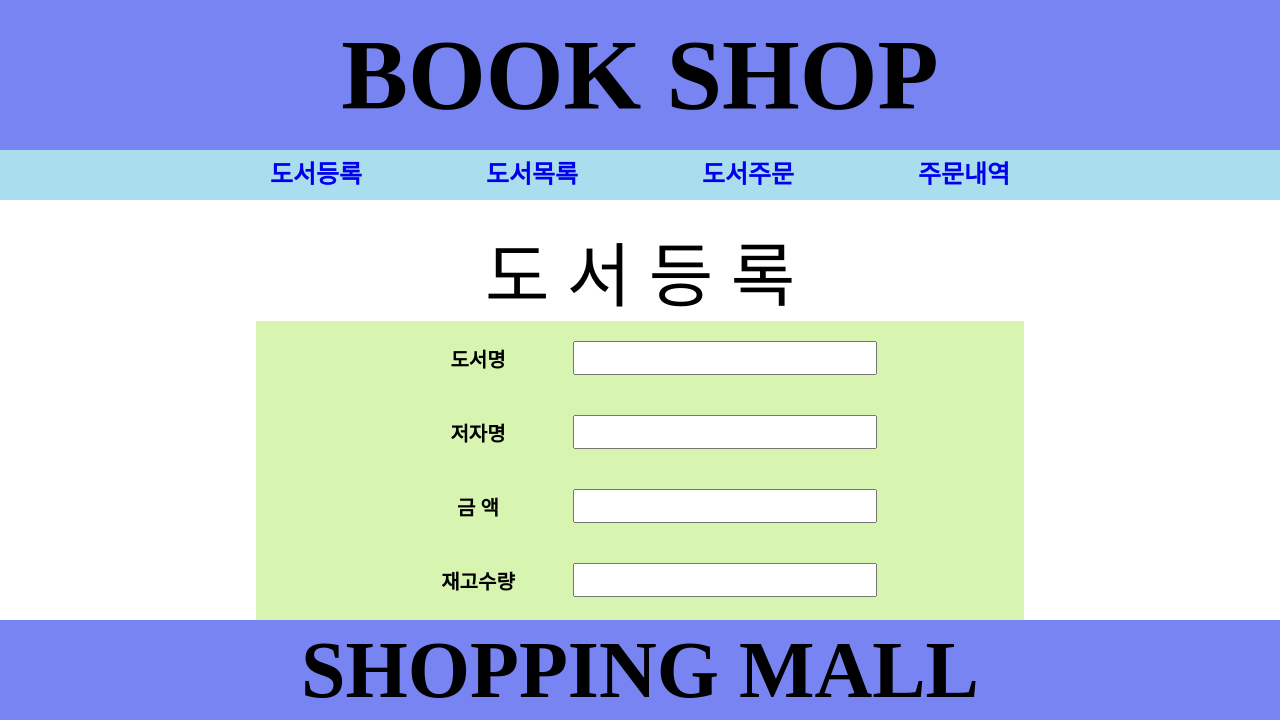
Repository: eunmiyo/BookShop
Page: http://localhost/Book/add
An editor plug-in stored every save of this project. The page is shown before and after the next save, followed by the edit.
The browser window is 1280 px wide. The pictures show the whole page.
The page is served by Tomcat 9. Other server files are loaded and not shown.

Above is the page before, as saved 2022-12-29 06:14:04.

### Book/src/main/webapp/add.jsp
<%@ page language="java" contentType="text/html; charset=UTF-8"
    pageEncoding="UTF-8"%>
<!DOCTYPE html>
<html>
<head>
<meta charset="UTF-8">
<title>Insert title here</title>
<link rel="stylesheet" href="style.css">
</head>
<body>
	<%@ include file="top.jsp"%>

		<form name = "frm" method="post" action="insert">
			<table>
				<caption>도 서 등 록</caption>
				<tr>
					<th>도서명</th>
					<td><input type="text" name="title"></td>
				</tr>
				<tr>
					<th>저자명</th>
					<td><input type="text" name="writer"></td>
				</tr>
				<tr>
					<th>금 액</th>
					<td><input type="text" name="price"></td>
				</tr>
				<tr>
					<th>재고수량</th>
					<td><input type="text" name="stock"></td>
				</tr>
				<tr>
					<td colspan="2">
						<button class="btn" type="submit"
							onclick="fn_submit(); return false;">도서등록</button>
						<button class="btn" type="reset">취소</button>
					</td>
				</tr>
			</table>
		</form>

	<%@ include file="footer.jsp"%>
<script type="text/javascript" src="./script.js"></script>
</body>
</html>

### Book/src/main/webapp/top.jsp
<%@ page language="java" contentType="text/html; charset=UTF-8"
    pageEncoding="UTF-8"%>
<!DOCTYPE html>
<html>
<head>
<meta charset="UTF-8">
<title>Insert title here</title>
<link rel="stylesheet" href="style.css">
</head>
<body>
	<header>BOOK SHOP</header>
	<nav>
		<ul>
			<li><a href="add">도서등록</a></li>
			<li><a href="list">도서목록</a></li>
			<li><a href="buy">도서주문</a></li>
			<li><a href="order">주문내역</a></li>
		</ul>
	</nav>
</body>
</html>

### Book/src/main/webapp/footer.jsp
<%@ page language="java" contentType="text/html; charset=UTF-8"
    pageEncoding="UTF-8"%>
<!DOCTYPE html>
<html>
<head>
<meta charset="UTF-8">
<title>Insert title here</title>
<link rel="stylesheet" href="style.css">
</head>
<body>
	<footer>SHOPPING MALL</footer>
</body>
</html>

### Book/src/main/java/Controller/BookController.java
package Controller;

import java.io.IOException;
import java.io.PrintWriter;

import javax.servlet.ServletException;
import javax.servlet.annotation.WebServlet;
import javax.servlet.http.HttpServlet;
import javax.servlet.http.HttpServletRequest;
import javax.servlet.http.HttpServletResponse;

import DAO.BookDAO;

@WebServlet("/")
public class BookController extends HttpServlet {
	private static final long serialVersionUID = 1L;


    public BookController() {
        super();
    }

	protected void doGet(HttpServletRequest request, HttpServletResponse response) throws ServletException, IOException {
		request.setCharacterEncoding("UTF-8");
		doPro(request, response);
	}

	protected void doPost(HttpServletRequest request, HttpServletResponse response) throws ServletException, IOException {
		request.setCharacterEncoding("UTF-8");
		doPro(request, response);
	}

	protected void doPro(HttpServletRequest request, HttpServletResponse response) throws ServletException, IOException {
		String context = request.getContextPath(); // 톰캣의 ContextPath()를 가져온다.(server.xml에서 확인)
		String command = request.getServletPath(); // 경로에 맨 끝 파일명을 가져온다.
		String site = null;

		BookDAO book = new BookDAO();

		switch (command) {
		case "/" :
			site = "bookshop.jsp";
			break;
		case "/add" :
			site = "add.jsp";
			break;
		case "/insert" :
			int result = book.insert(request, response);
			response.setContentType("text/html; charset=UTF-8");
			PrintWriter out = response.getWriter();

			if(result == 1) {
				out.print("<script>");
				out.print("alert('상품이 정상적으로 등록 되었습니다!'); location.href='" + context + "/add';");
				out.print("</script>");
				out.flush();
			} else {
				out.print("<script>");
				out.print("alert('등록실패!'); location.href='" + context + "/add';");
				out.print("</script>");
				out.flush();
			}
			break;
		case "/list" :
			site = book.listAll(request, response);
			break;
		case "/delete" :
			int result2 = book.delete(request, response);
			response.setContentType("text/html; charset=UTF-8");
			out = response.getWriter();

			if(result2 == 1) { //삭제성공
				out.print("<script>");
				out.print("alert('상품삭제가 완료 되었습니다!'); location.href='" + context + "/list';");
				out.print("</script>");
				out.flush();
			} else {
				out.print("<script>");
				out.print("alert('삭제실패!'); location.href='" + context + "/list';");
				out.print("</script>");
				out.flush();
			}
		 break;
		case "/modify" :
			site = book.modify(request, response);
			break;
		case "/update" :
			int result3 = book.update(request, response);
			response.setContentType("text/html; charset=UTF-8");
			out = response.getWriter();

			if(result3 == 1) {
				out.print("<script>");
				out.print("alert('상품수정이 완료 되었습니다!'); location.href='" + context + "/list';");
				out.print("</script>");
				out.flush();
			} else {
				out.print("<script>");
				out.print("alert('수정실패!'); location.href='" + context + "/list';");
				out.print("</script>");
				out.flush();
			}
		 break;
		case "/buy" :
			site = book.buy(request, response);
			break;
		case "/buyList" :
			site = book.buyList(request, response);
			break;
		}

		getServletContext().getRequestDispatcher("/" + site).forward(request, response);
	}
}

### Book/src/main/java/DAO/BookDAO.java
package DAO;

import java.sql.Connection;
import java.sql.DriverManager;
import java.sql.PreparedStatement;
import java.sql.ResultSet;
import java.util.ArrayList;

import javax.servlet.http.HttpServletRequest;
import javax.servlet.http.HttpServletResponse;

import DTO.Book;

public class BookDAO {
	Connection conn = null;
	PreparedStatement ps = null;
	ResultSet rs = null;

	public static Connection getConnection() throws Exception {
		Class.forName("oracle.jdbc.OracleDriver");
		Connection con = DriverManager
				.getConnection("jdbc:oracle:thin:@localhost:1521:xe", "test", "test1234");
		return con;
	}

	//상품등록
	public int insert(HttpServletRequest request, HttpServletResponse response) {
		String title = request.getParameter("title");
		String writer = request.getParameter("writer");
		int price = Integer.parseInt(request.getParameter("price"));
		int stock = Integer.parseInt(request.getParameter("stock"));
		int result = 0;

		try {
			conn = getConnection();
			String sql = "INSERT INTO BOOK_LIST VALUES(BOOK_SEQ.NEXTVAL, ?, ?, ?, ?)";
			ps = conn.prepareStatement(sql);
			ps.setString(1, title);
			ps.setString(2, writer);
			ps.setInt(3, price);
			ps.setInt(4, stock);

			result = ps.executeUpdate();

			conn.close();
			ps.close();

		} catch (Exception e) {
			e.printStackTrace();
		}
		return result;
	}

	//상품조회
	public String listAll(HttpServletRequest request, HttpServletResponse response) {
		ArrayList<Book> bookList = new ArrayList<Book>();

		 try {
			 conn = getConnection();
			 String sql = "SELECT * FROM BOOK_LIST";

			ps = conn.prepareStatement(sql);
			rs = ps.executeQuery();

			while(rs.next()) {
				Book book = new Book();
				book.setNo(rs.getInt(1));
				book.setTitle(rs.getString(2));
				book.setWriter(rs.getString(3));
				book.setPrice(rs.getInt(4));
				book.setStock(rs.getInt(5));

				bookList.add(book);
			}
			request.setAttribute("bookList", bookList);

			conn.close();
			rs.close();

		 	} catch (Exception e) {
				e.printStackTrace();
		 	}

		 return "list.jsp";
	}

	//상품삭제하기
	public int delete(HttpServletRequest request, HttpServletResponse response) {
		int result = 0;

		try {
			conn = getConnection();
			int no = Integer.parseInt(request.getParameter("no"));
			String sql = "DELETE FROM BOOK_LIST WHERE BOOK_NO = " + no;

			ps = conn.prepareStatement(sql);
			result = ps.executeUpdate(); //쿼리문 실행

			conn.close();
			ps.close();

		} catch (Exception e) {
			e.printStackTrace();
		}

		return result;
	}

	//상품수정 전 화면 보여주기
	public String modify(HttpServletRequest request, HttpServletResponse response) {
		try {
			conn = getConnection();
			int no = Integer.parseInt(request.getParameter("no"));

			String sql = "SELECT TITLE, WRITER, PRICE, STOCK FROM BOOK_LIST WHERE BOOK_NO = " + no;

			ps = conn.prepareStatement(sql);
			rs = ps.executeQuery();

			Book book = new Book();

			if(rs.next()) {
				book.setTitle(rs.getString(1));
				book.setWriter(rs.getString(2));
				book.setPrice(rs.getInt(3));
				book.setStock(rs.getInt(4));
			}

			request.setAttribute("book", book);

			conn.close();
			ps.close();
			rs.close();

		} catch (Exception e) {
			e.printStackTrace();
		}

		return "modify.jsp";
	}

	//상품수정
	public int update(HttpServletRequest request, HttpServletResponse response) {
		String title = request.getParameter("title");
		String writer = request.getParameter("writer");
		int price = Integer.parseInt(request.getParameter("price"));
		int stock = Integer.parseInt(request.getParameter("stock"));
		int result = 0;

		try {
			conn = getConnection();

			String sql = "UPDATE BOOK_LIST SET WRITER = ?, "
					+ "PRICE = ?, STOCK = ? "
					+ "WHERE TITLE = ? ";

			ps = conn.prepareStatement(sql);
			ps.setString(1,writer);
			ps.setInt(2, price);
			ps.setInt(3, stock);
			ps.setString(4, title);

			result = ps.executeUpdate();

			conn.close();
			ps.close();

		} catch (Exception e) {
			e.printStackTrace();
		}
		return result;
	}

	//구매 도서 리스트
	public String buy(HttpServletRequest request, HttpServletResponse response) {
		ArrayList<Book> bookList = new ArrayList<Book>();

		 try {
			 conn = getConnection();
			 String sql = "SELECT TITLE, WRITER, PRICE FROM BOOK_LIST";

			ps = conn.prepareStatement(sql);
			rs = ps.executeQuery();

			while(rs.next()) {
				Book book = new Book();
				book.setTitle(rs.getString(1));
				book.setWriter(rs.getString(2));
				book.setPrice(rs.getInt(3));

				bookList.add(book);
			}

			request.setAttribute("bookList", bookList);

			conn.close();
			rs.close();

		 	} catch (Exception e) {
				e.printStackTrace();
		 	}

		 return "buy.jsp";
	}

	//구매 리스트
	public String buyList(HttpServletRequest request, HttpServletResponse response) {
		String title = request.getParameter("title");
		String writer = request.getParameter("writer");
		int price = Integer.parseInt(request.getParameter("price"));
		int count = Integer.parseInt(request.getParameter("count"));

		try {
			conn = getConnection();
			String sql = "INSERT INTO BOOK_ORDER VALUES(?, ?, ?, ?);";
			ps = conn.prepareStatement(sql);
			ps.setString(1, title);
			ps.setString(2, writer);
			ps.setInt(3, price);
			ps.setInt(4, count);

			ps.executeUpdate();

			conn.close();
			ps.close();

		} catch (Exception e) {
			e.printStackTrace();
		}
		return "buyList";
	}
}

### Book/src/main/webapp/style.css
@charset "UTF-8";

* {
	margin: 0;
	padding: 0;
}

header {
	top: 0;
	width: 100%;
	text-align: center;
	background: #7884F1;
	color: black;
	height: 150px;
	line-height: 150px;
	font-size: 100px;
	font-weight: bold;
}

nav ul {
	height: 50px;
	line-height: 50px;
	width: 100%;
	background: #AADEEE;
	color: black;
	text-align: center;
}

nav ul li {
	list-style: none;
	padding: 0 60px;
	display: inline-block;
	font-weight: bold;
	font-size: 25px;
}

section {
	position: absolute;
	overflow: auto;
	width: 100%;
	height: 100%;
	background: white;
}

a {
	text-decoration: none;
}

a:hover {
	cursor: pointer;
}

img {
	margin: auto;
    display: block;
    padding: 100px;
    width: 40%;
}

caption {
	font-size: 70px;
	margin-top: 20px;
	text-align: center;
}

table {
	padding-top: 50px;
	background: #D7F4B1;
	margin-left:auto;
    margin-right:auto;
    border-collapse: collapse;
	font-size: 20px;
	width: 60%;
}

.buyList {

}

.wap {
	border-collapse: collapse;
	width: 80%;
	height: 80%;
}

.bar {
	border-bottom: 2px solid #86CC2C;
}

tr, td, th {
	display: flex;
	justify-content: center;
	align-items: center;
	padding: 10px;
}

th{
	width: 20%;
}

.list{
	width: 20%;
	padding: 0;
}

input {
	height: 30px;
	width: 300px;
}

b {
	margin-left: 10px;
}

.count {
	margin-left: 5px;
	height: 30px;
	width: 80px;
}

.btn {
	padding: 0.4rem 1rem;
	border-radius: 0.4rem;
	font-size: 20px;
	margin-left: 20px;
	text-align: center;
}

select {
	width: 300px;
	padding: .8em .5em;
	border: 1px solid #999;
	font-family: inherit;
	border-radius: 0px;
}

footer {
	position: fixed;
	bottom: 0;
	width: 100%;
	text-align: center;
	background: #7884F1;
	color: black;
	height: 100px;
	line-height: 100px;
	font-size: 80px;
	font-weight: bold;
}

### Book/src/main/webapp/script.js
function fn_submit() {
	var f = document.frm;

	if(f.title.value == "") {
		alert("도서명이 입력되지 않았습니다!")
		f.title.focus();
		return false;
	}

	if(f.writer.value == "") {
		alert("저자명이 입력되지 않았습니다!")
		f.writer.focus();
		return false;
	}

	if(f.price.value == "") {
		alert("금액이 입력되지 않았습니다!")
		f.price.focus();
		return false;
	}

	if(f.stock.value == "") {
		alert("재고수량이 입력되지 않았습니다!")
		f.stock.focus();
		return false;
	}

	f.submit();
}

function chkDelete(no) {
	const result = confirm("삭제하시겠습니까?");

	if(result){
			const url = location.origin; //'http://localhost:8090'
			location.href = url + "/Book/delete?no=" + no; //페이지이동

		} else {
			return false;
		}
}

function bookadd() {
  var book = $(".bar select").val();
  var cnt = $(".count").val();
  var test = book.split("/");

  console.log(test[0]);
  console.log(test[1]);
  console.log(test[2]);

  var tdbookname = "<td>" + test[0] + "</td>";
  var tdbookperson = "<td>" + test[1] + "</td>";
  var tdbookprice = "<td>" + test[2] + "</td>";
  var tdbookcnt = "<td>" + cnt + "</td>";
  var tddelbtn = "<td><button>삭제</button></td>";

 var tr = "<tr>" + tdbookname + tdbookperson + tdbookprice + tdbookcnt + tddelbtn + "</tr>";

 var table = $(".buyList");
 table.append(tr);

}

After the next save:
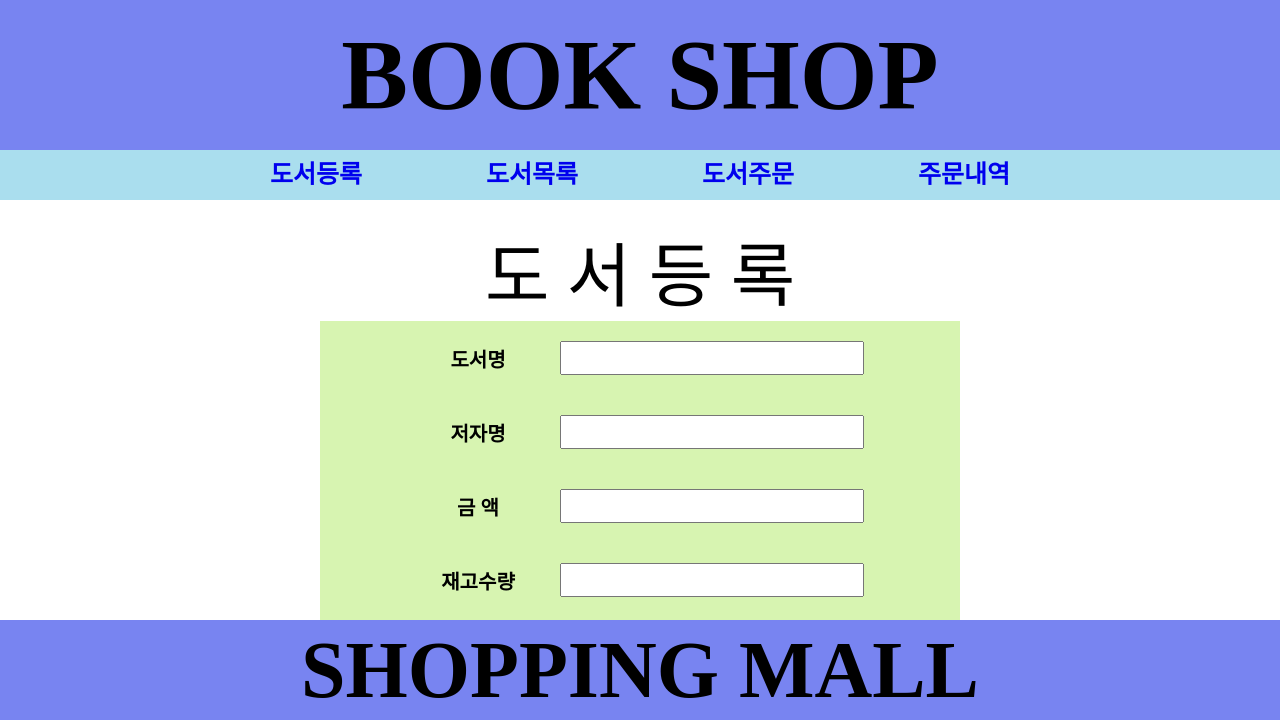
Saved 13 s later.
--- a/Book/src/main/webapp/style.css
+++ b/Book/src/main/webapp/style.css
@@ -70,7 +70,7 @@ table {
     margin-right:auto;
     border-collapse: collapse;
 	font-size: 20px;
-	width: 60%;
+	width: 50%;
 }
 
 .buyList {
